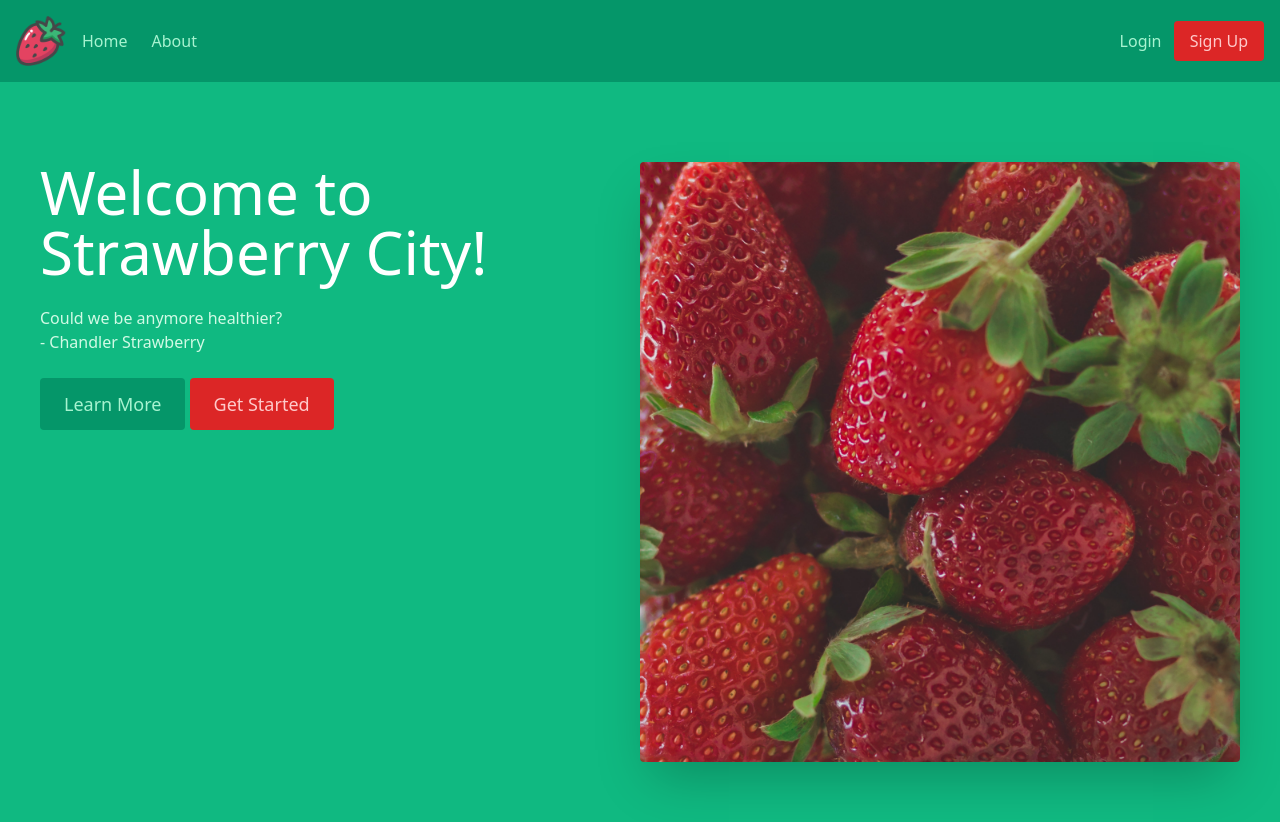
Repository: DaNiels89/tailwind-stawberries
Page: index.html
These files come from the project's save history. The page is drawn as it stood at one moment and after the next save; the edit follows.
The browser window is 1280 px wide. The pictures show the part of the page from y = 0 to 822 px (the page is 1230 px tall).
A picture or video elsewhere on the page could not be fetched, so the positions and the page height are approximate.

Above is the page before, as saved 2020-08-24 14:45:03.

After the next save:
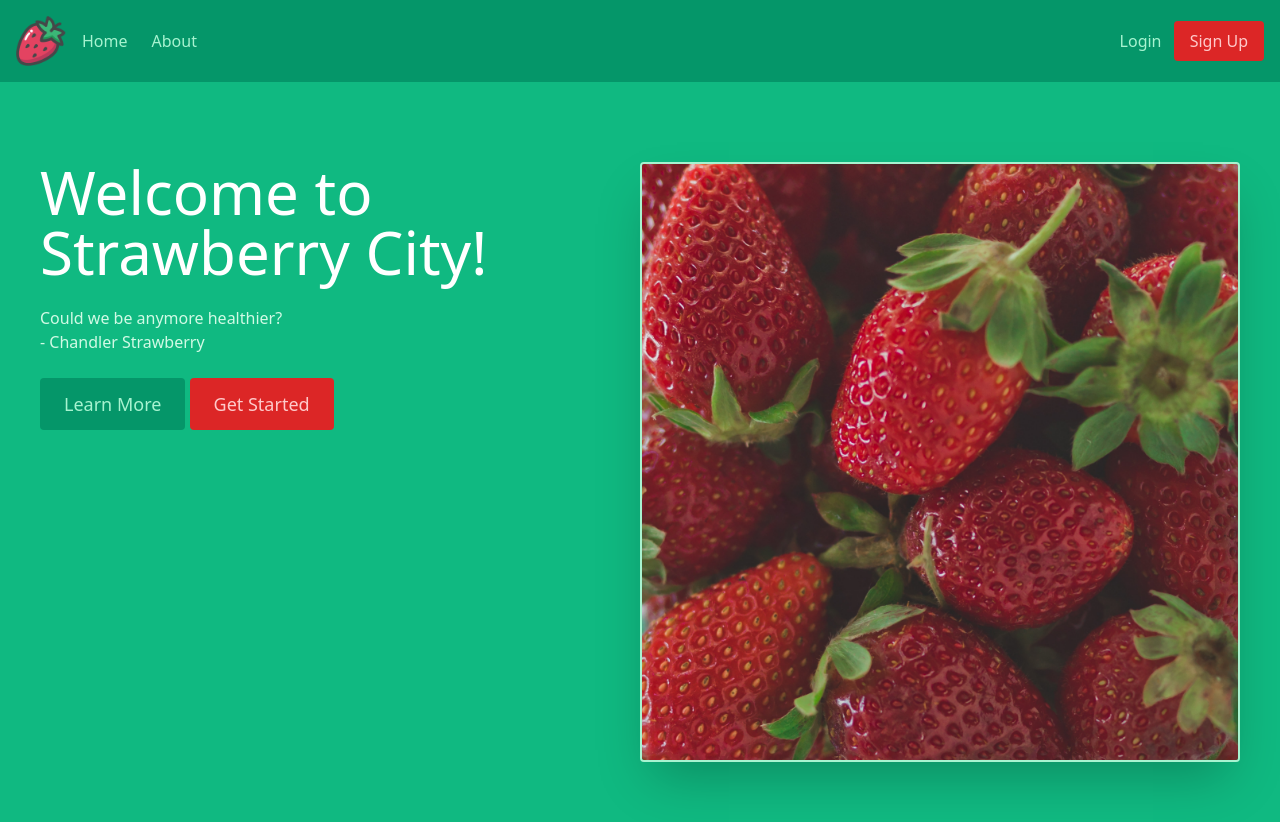
Saved 20 s later.
--- a/index.html
+++ b/index.html
@@ -70,7 +70,7 @@
           <img
             src="img/strawberry.jpg"
             alt="Strawberries"
-            class="w-full rounded shadow-2xl"
+            class="w-full rounded shadow-2xl border-solid border-2 border-green-200"
           />
         </div>
       </div>
